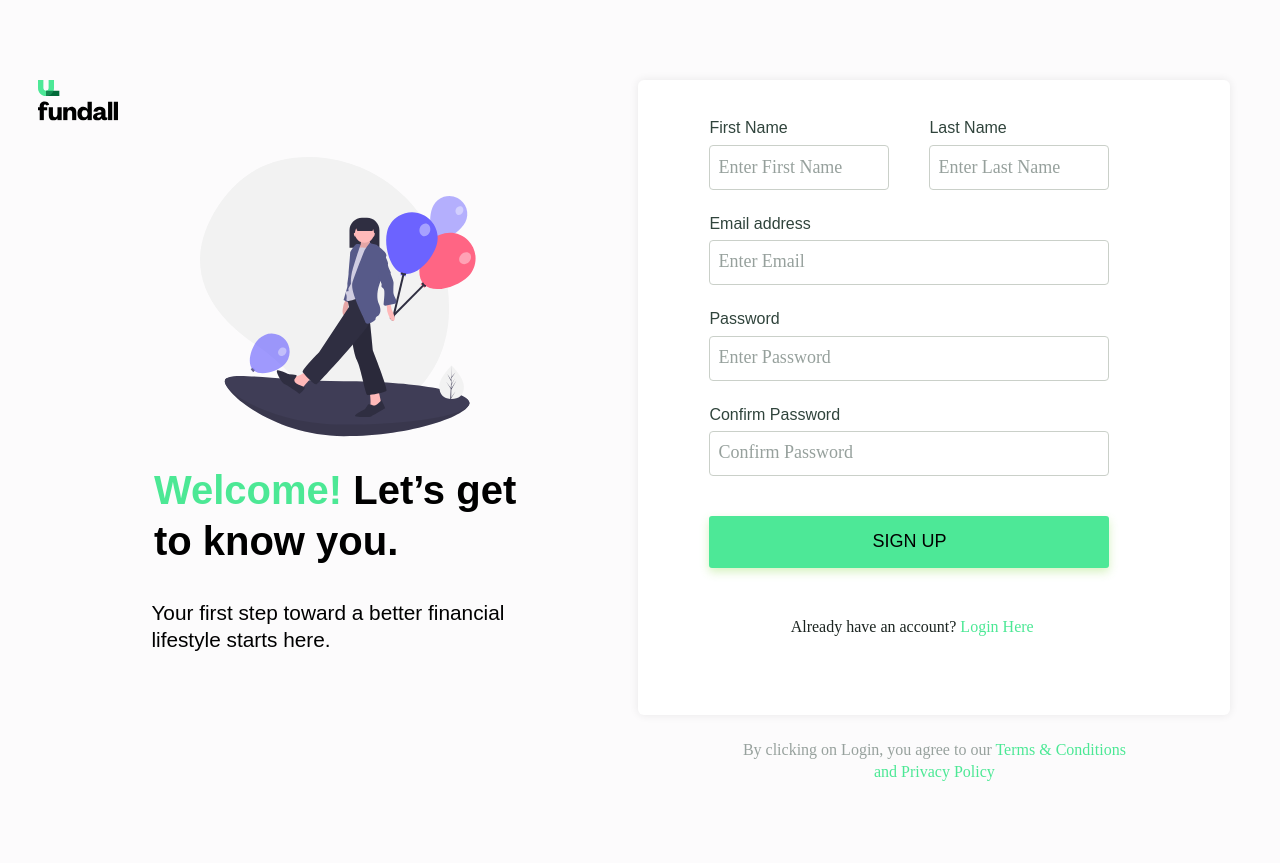
Repository: nilesjamex/niffty
Page: /signup
The author's editor kept a copy of each file at every save. The page is drawn from the files as they stood at one save, then again after the next save.
The browser window is 1280 px wide. The pictures show the whole page.
The project was rebuilt for these pictures with package versions that can differ from the ones it lists, and the page was loaded fresh each time.

Above is the page before, as saved 2022-04-18 19:32:20.

### src/main.js
import { createApp } from 'vue'
import App from './App.vue'
import router from './router'
import '@/styles/global.scss'
import store from './store'
import axios from 'axios'

axios.defaults.withCredentials = true
axios.defaults.baseURL = ' https://campaign.fundall.io/api/v1';

// vue.config.productionTip = false
const app = createApp({app})
app.use(store)
createApp(App).use(router,store).mount('#app')

### src/App.vue
<template>

  <router-view/>
</template>
<script>
// @ is an alias to /src

export default {
  components: {
  }
}
</script>
<style lang="scss">


#nav {
  padding: 30px;

  a {
    font-weight: bold;
    color: #2c3e50;

    &.router-link-exact-active {
      color: #42b983;
    }
  }
}
</style>

### src/styles/global.scss
@import './variables';
@import './mixins.scss';
@import './_typography.scss';
* {
    margin: 0;
    padding: 0;
    box-sizing: border-box;
    max-width: 100vw;
}
@font-face {
    font-family: "CircularStd";
    src: local(CircularStd) url(../fonts/circular-std-medium-500.ttf) format(opentype);
}
input {
    outline: none;
}
button {
    border: none;
    outline: none;
}
a {
    color: inherit;
    text-decoration: none;
}
li {
    list-style: none;
}
.button--signup {
    width: 98.01px;
    height: 42px;
    background: $access-bg;
    border-radius: 10px;
    @include flex(center, center);
    @include access {

    }
}
.button--submit {
    width: 400px;
    height: 52px;
    background: #4DE897;
    box-shadow: 0px 4px 10px rgba(118, 212, 45, 0.3);
    border-radius: 3px;
    @include flex(center, center);
    @include access;
}
.button--expense {
    width: 222px;
    height: 46px;
    background: #4DE897;
    border: 2px solid #FFFFFF;
    box-sizing: border-box;
    border-radius: 15px;
    @include flex(center, center);
    @include login;
}

### src/views/SignUp.vue
<template>
  <section class="signup">
      <div class="signup--box">
          <div class="signup--intro">
              <div class="signup--intro--logo">
                  <img src="@/assets/logo.svg" alt="">
              </div>
              <div class="signup--intro--content">
                  <div class="signup--intro--content--img">
                      <img src="@/assets/girl.svg" alt="">
                  </div>
                  <div class="signup--intro--content--text">
                      <h2>
                          <span>Welcome!</span> Let’s get to know you.
                      </h2>
                      <p>
                          Your first step toward a better financial lifestyle starts here.
                      </p>
                  </div>
              </div>
          </div>
          <!-- form -->
          <div class="signup--form">
              <form action="" @submit.prevent="submit">
                  <div class="signup--form--container">
                      <div class="signup--form--name--box">
                           <p v-if="showError" id="error">Username already exists</p>
                          <div class="signup--form--name">
                              <label>First Name</label>
                              <input type="text" name="" v-model="form.fullName" placeholder="Enter First Name" id="">
                          </div>
                          <div class="signup--form--name">
                              <label>Last Name</label>
                              <input type="text" name="" placeholder="Enter Last Name" id="">
                          </div>
                      </div>
                      <div class="signup--form--input">
                          <label>Email address</label>
                          <input type="email" name="" v-model="form.email" placeholder="Enter Email" id="">
                      </div>
                      <div class="signup--form--input">
                          <label>Password</label>
                          <input type="password" name="" v-model="form.password" placeholder="Enter Password" id="">
                      </div>
                      <div class="signup--form--input">
                          <label>Confirm Password</label>
                          <input type="password" name="" placeholder="Confirm Password" id="">
                      </div>
                      <button class="button--submit">
                          SIGN UP
                      </button>
                      <div class="signup--form--login">
                          <p>
                              Already have an account? <span><a href="/login">Login Here</a></span>
                          </p>
                      </div>
                  </div>
              </form>
               <div class="signup--form--terms">
              <p>
                  By clicking on Login, you agree to our <span>Terms & Conditions and Privacy Policy</span>
              </p>
          </div>
          </div>
      </div>
  </section>
</template>

<script>
import axios from "axios"
export default {
data() {
    return {
        form: {
        email: "",
        fullName: "",
        password: "",
      },
      showError: false
    }
},
methods: {
    submit() {
    axios.post('https://campaign.fundall.io/api/v1/register', this.form)
    .then(
        res => {
            console.log(res)
        }
    )
    .catch (
        err => {
            console.log(err)
        }
    )
    }
    // ...mapActions(["Register"]),
    // async submit() {
    //   try {
    //     await this.Register(this.form);
    //     this.$router.push("/dashboard");
    //     this.showError = false
    //   } catch (error) {
    //     this.showError = true
    //   }
    // },
}
}
</script>

<style lang="scss" scoped>
@import '@/styles/mixins.scss';
@import '@/styles/_variables.scss';
@import '@/styles/_typography.scss';
.signup {
    padding: 5rem 7% 5rem 3%;
    background: #FCFBFC;
}
.signup--box {
    @include flex(space-between,);
}
.signup--intro--content {
    width: 600px;
    margin-top: 2rem;
}
.signup--intro--content {
    text-align: center;
}
.signup--intro--content--text {
    text-align: center;
    h2 {
        text-align: left;
        width: 369px;
        margin: 1.5rem auto 0 auto;
        @include heading1 {
        }
        span {
             @include heading1 {
            color: $access-bg;
        }
        }
    }
    p {
        text-align: left;
        @include caption;
        width: 374px;
        margin: 2rem auto 0 auto;
    }
}
form {
    background: #FFFFFF;
    box-shadow: 0px 0px 10px rgba(0, 0, 0, 0.082937);
    border-radius: 6px;
    width: 592px;
    height: 635px;
    padding: 2rem 1rem;
}
.signup--form--container {
    margin: 0 auto;
    width: 450px;
}
label {
    display: block;
    margin: 0.4rem 0;
    @include input {
        font-size: 16px;
        line-height: 20px;
        color: #30443C;
    }
}
::placeholder {
    @include placeholder;
}
.signup--form--name--box {
    width: 400px;
    @include flex(space-between,);
    input {
        background: #FFFFFF;
        border: 1px solid #CAD0C9;
        box-sizing: border-box;
        border-radius: 4px;
        width: 180px;
        height: 45px;
        padding: 0.5rem;
        @include input;

    }
}
.signup--form--input {
    margin: 1.5rem 0;
    input {
    width: 400px;
    height: 45px;
    background: #FFFFFF;
    border: 1px solid #CAD0C9;
    box-sizing: border-box;
    border-radius: 4px;
    padding: 0.5rem;
    }
}
button {
    margin: 2.5rem 0;
}
.signup--form--login {
    margin: 3rem auto 0 auto;
    max-width: 100%;
    width: 287.43px;
    p {
        @include login;
        span {
            color: $access-bg;
        }
    }
}
.signup--form--terms {
    margin: 1.5rem auto 0 auto;
    max-width: 100%;
    width: 405px;
    text-align: center;
    p {
        @include login {
            color: #97A19D;
        }
        span {
            color: $access-bg;
        }
    }
}
</style>

### src/styles/_variables.scss
// colors
$access-bg: #4CE895;

### src/styles/mixins.scss
@mixin flex($justify: flex-start, $align: flex-start) {
    display: flex;
    justify-content: $justify;
    align-items: $align;
}

### src/styles/_typography.scss
@mixin access {
    font-family: 'CircularStd', sans-serif;
    font-size: 1.125rem;
    line-height: 23px;
    color: #000000;
    @content;
}
@mixin heading1 {
    font-family: 'CircularStd', sans-serif;
    font-size: 2.5rem;
    line-height: 51px;
    color: #000000;
    @content;
}
@mixin heading2 {
    font-family: 'CircularStd', sans-serif;
    font-size: 1.5rem;
    line-height: 30px;
    color: #000000;
    @content;
}
@mixin caption {
    font-family: 'CircularStd', sans-serif;
    font-size: 1.3rem;
    line-height: 27px;
    color: #000000;
    @content;
}
@mixin input {
    font-family: 'CircularStd', sans-serif;
    font-style: normal;
    font-size: 18px;
    line-height: 23px;
    color: #30443C;
    @content;
}
@mixin placeholder {
    font-family: 'Nunito Sans';
    font-style: normal;
    font-weight: 400;
    font-size: 18px;
    line-height: 25px;
    color: #30443C;
    mix-blend-mode: normal;
    opacity: 0.5;
    @content;
}
@mixin login {
    font-family: 'Nunito Sans';
    font-style: normal;
    font-weight: 400;
    font-size: 16px;
    line-height: 22px;
    color: #1B2420;
    @content;
}
@mixin holla {
    font-family: 'CircularStd', sans-serif;
    font-style: normal;
    font-size: 34px;
    line-height: 43px;
    color: #1B2420;
    @content;
}
@mixin holla-sign {
    font-family: 'CircularStd', sans-serif;
    font-style: normal;
    font-size: 20px;
    line-height: 25px;
    color: #30443C;
    @content;
}
@mixin name {
    font-family: 'CircularStd', sans-serif;
    font-style: normal;
    font-size: 28px;
    line-height: 35px;
    color: #30443C;
    @content;
}
@mixin email {
    font-family: 'CircularStd', sans-serif;
    font-style: normal;
    font-size: 21px;
    line-height: 27px;
    color: #30443C;
    @content;
}
@mixin expense {
    font-family: 'CircularStd', sans-serif;
    font-style: normal;
    font-size: 14px;
    line-height: 18px;
    color: #30443C;
    @content;
}
@mixin expense--input {
    font-style: normal;
    font-family: 'Founders Grotesk';
    font-size: 15px;
    line-height: 18px;
    color: #30443C;
    @content;
}

### src/views/Home.vue
<template>
     <Nav />
  <section>
    <div class="section--box">
      <div class="home--img">
        <img src="@/assets/girl.svg" alt="">
      </div>
      <div class="home--text">
        <div class="home--text--content">
          <h2>
            Fundall Expense Tracker
          </h2>
          <h5>
            Mini Project Frontend
          </h5>
        </div>
        <div class="home--text--author">
          <h6>
            by Babatunde Fashola
          </h6>
        </div>
      </div>
    </div>
  </section>
</template>

<script>
// @ is an alias to /src
import Nav from "@/components/Nav.vue"
export default {
  name: 'Home',
  components: {
    Nav
  }
}
</script>
<style lang="scss" scoped>
@import '@/styles/mixins.scss';
@import '@/styles/_variables.scss';
@import '@/styles/_typography.scss';
section {
  @include flex(center,center);
  height: 90vh;
}
.section--box {
  text-align: center;
}
.home--text {
  margin: 3rem 0;
  .home--text--content {
    max-width: 100vw;
    margin: 0 auto;
    h2 {
    margin: 0 auto;
      @include heading1;
    }
    h5 {
    margin: 0 auto;
      margin: 1rem 0;
       @include heading1;
       font-weight: normal;
    }
  }
  .home--text--author {
    h6 {
      margin-top: 1.5rem;
      @include heading2;
       font-weight: normal;
    }
  }
}
</style>

### src/views/Login.vue
<template>
  <section class="signup">
      <div class="signup--box">
          <div class="signup--intro">
              <div class="signup--intro--logo">
                  <img src="@/assets/logo.svg" alt="">
              </div>
              <div class="signup--intro--content">
                  <div class="signup--intro--content--img">
                      <img src="@/assets/welcome.svg" alt="">
                  </div>
                  <div class="signup--intro--content--text">
                      <h2>
                          <span>Welcome back!</span> <br/> We miss you.
                      </h2>
                  </div>
              </div>
          </div>
          <!-- form -->
          <div class="signup--form">
              <form action="">
                  <div class="signup--form--container">
                      <div class="signup--form--intro">
                          <h3>
                              Holla
                          </h3>
                          <p>
                              Sign in to the vibe!
                          </p>
                      </div>
                      <div class="signup--form--input">
                          <label>Email address</label>
                          <input type="email" name="" placeholder="Enter Email" id="">
                      </div>
                      <div class="signup--form--input">
                          <label>Password</label>
                          <input type="password" name="" placeholder="Enter Password" id="">
                      </div>
                      <button class="button--submit">
                          SIGN UP
                      </button>
                      <div class="signup--form--login">
                          <p>
                              Don't have an account? <span><a href="/signup">Register Here</a></span>
                          </p>
                      </div>
                       <div class="signup--form--terms">
              <p>
                  By clicking on Login, you agree to our <span>Terms & Conditions and Privacy Policy</span>
              </p>
          </div>
                  </div>
              </form>
          </div>
      </div>
  </section>
</template>

<script>
export default {

}
</script>

<style scoped lang="scss">
@import '@/styles/mixins.scss';
@import '@/styles/_variables.scss';
@import '@/styles/_typography.scss';
.signup {
    padding: 5rem 7% 5rem 3%;
    background: #FCFBFC;
}
.signup--box {
    @include flex(space-between,);
}
.signup--intro--content {
    width: 600px;
    margin-top: 2rem;
}
.signup--intro--content {
    text-align: center;
}
.signup--intro--content--text {
    text-align: center;
    h2 {
        width: 369px;
        margin: 1.5rem auto 0 auto;
        @include heading1 {
        }
        span {
             @include heading1 {
            color: $access-bg;
        }
        }
    }
}
form {
    background: #FFFFFF;
    box-shadow: 0px 0px 10px rgba(0, 0, 0, 0.082937);
    border-radius: 6px;
    width: 592px;
    height: 635px;
    padding: 2rem 1rem;
}
.signup--form--container {
    margin: 0 auto;
    width: 450px;
}
label {
    display: block;
    margin: 0.4rem 0;
    @include input {
        font-size: 16px;
        line-height: 20px;
        color: #30443C;
    }
}
::placeholder {
    @include placeholder;
}
.signup--form--intro {
    width: 400px;
    h3 {
        margin-bottom: 0.7rem;
        @include holla {
            font-weight: 400;
        }
    }
    p {
        @include holla-sign {
            font-weight: 400;
        }
    }
}
.signup--form--input {
    margin: 1.5rem 0;
    input {
    width: 400px;
    height: 45px;
    background: #FFFFFF;
    border: 1px solid #CAD0C9;
    box-sizing: border-box;
    border-radius: 4px;
    padding: 0.5rem;
    }
}
button {
    margin: 2.5rem 0;
}
.signup--form--login {
    margin: 3rem auto 0 auto;
    max-width: 100%;
    width: 287.43px;
    p {
        @include login;
        span {
            color: $access-bg;
        }
    }
}
.signup--form--terms {
    margin: 1.5rem auto 0 auto;
    max-width: 100%;
    width: 405px;
    text-align: center;
    p {
        @include login {
            color: #97A19D;
        }
        span {
            color: $access-bg;
        }
    }
}
</style>

### src/components/Nav.vue
<template>
  <nav>
      <div>
          <img src="@/assets/logo.svg" alt="">
      </div>
      <ul>
          <li>
              <a href="/login">
              <button class="button--signup" style="
              background: transparent;">
              LOG IN
              </button>
              </a>
          </li>
          <li>
              <a href="/signup">
              <button class="button--signup">
                  SIGN UP
              </button>
              </a>
          </li>
      </ul>
  </nav>
</template>

<script>
export default {

}
</script>

<style lang="scss" scoped>
@import '@/styles/mixins.scss';
@import '@/styles/_variables.scss';
@import '@/styles/_typography.scss';
nav {
    padding: 1rem 5%;
    height: 10vh;
    @include flex(space-between, center);
    ul {
        display: flex;
        align-items: center;
        gap: 2rem;
      li {
          margin: 0 0.5rem;
      }
    }
}
</style>

Loaded but not shown: public/index.html (common file); src/store/index.js (79 lines, source omitted); src/store/modules/auth.js (64 lines, source omitted); src/router/index.js (35 lines, source omitted); src/views/Dashboard.vue (407 lines, source omitted)

After the next save:
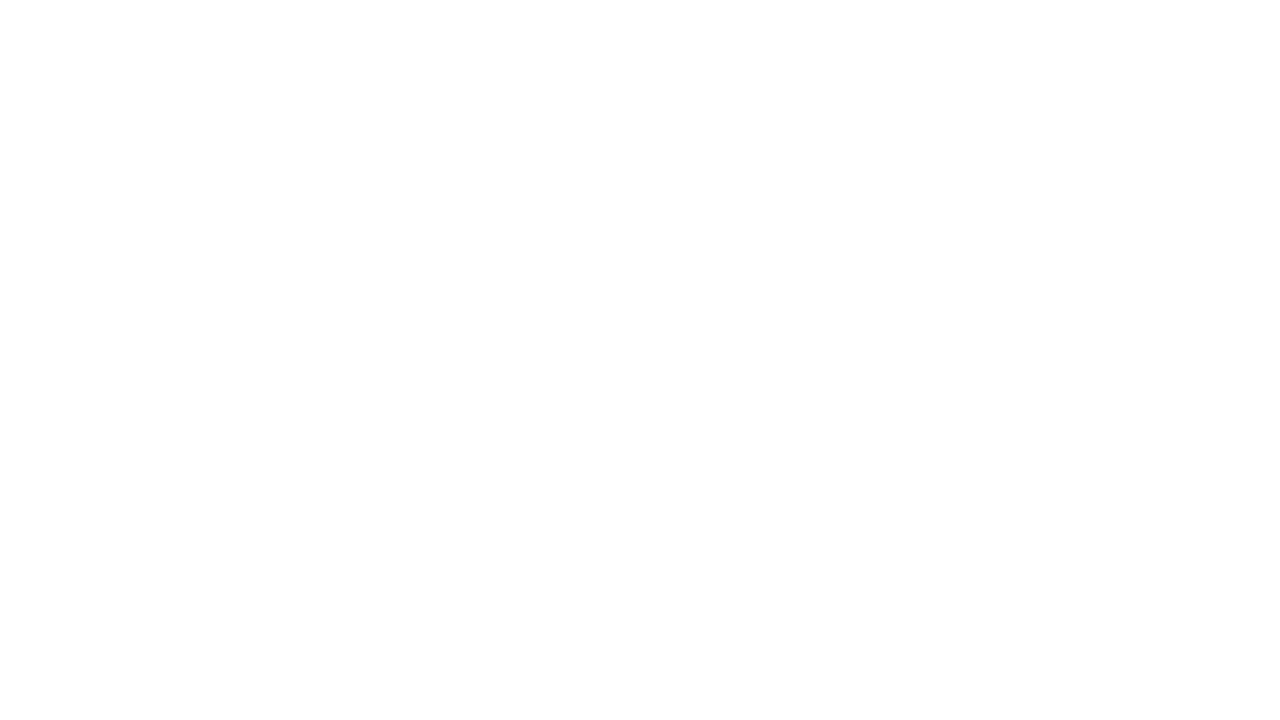
Console error: ReferenceError: vue is not defined
Saved 2 min 16 s later.
--- a/src/main.js
+++ b/src/main.js
@@ -8,7 +8,7 @@
 axios.defaults.withCredentials = true
 axios.defaults.baseURL = ' https://campaign.fundall.io/api/v1';
 
-// vue.config.productionTip = false
+vue.config.productionTip = false
 const app = createApp({app})
 app.use(store)
 createApp(App).use(router,store).mount('#app')

After the save that followed:
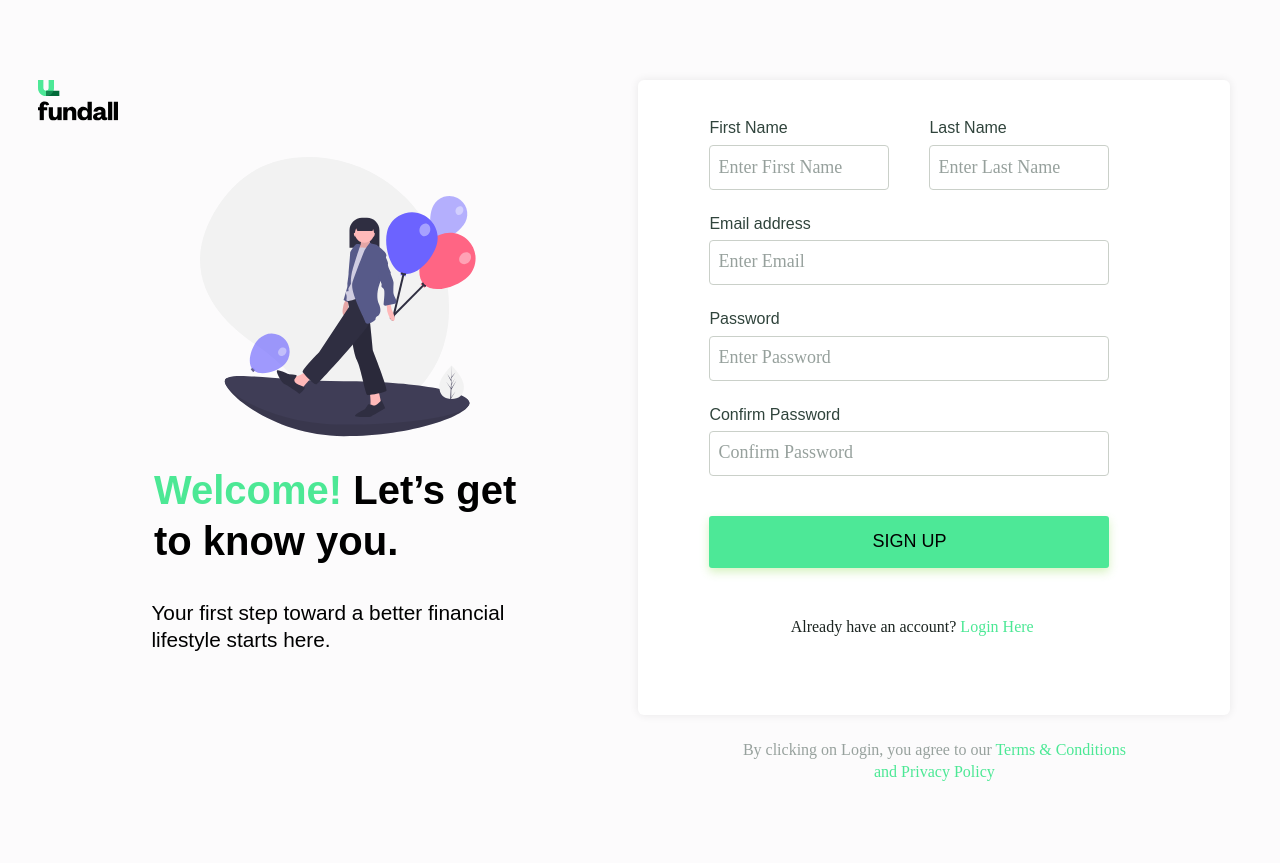
The error is gone.
Saved 79 s later.
--- a/src/main.js
+++ b/src/main.js
@@ -8,7 +8,7 @@
 axios.defaults.withCredentials = true
 axios.defaults.baseURL = ' https://campaign.fundall.io/api/v1';
 
-vue.config.productionTip = false
+createApp(App).config.productionTip = false
 const app = createApp({app})
 app.use(store)
 createApp(App).use(router,store).mount('#app')
